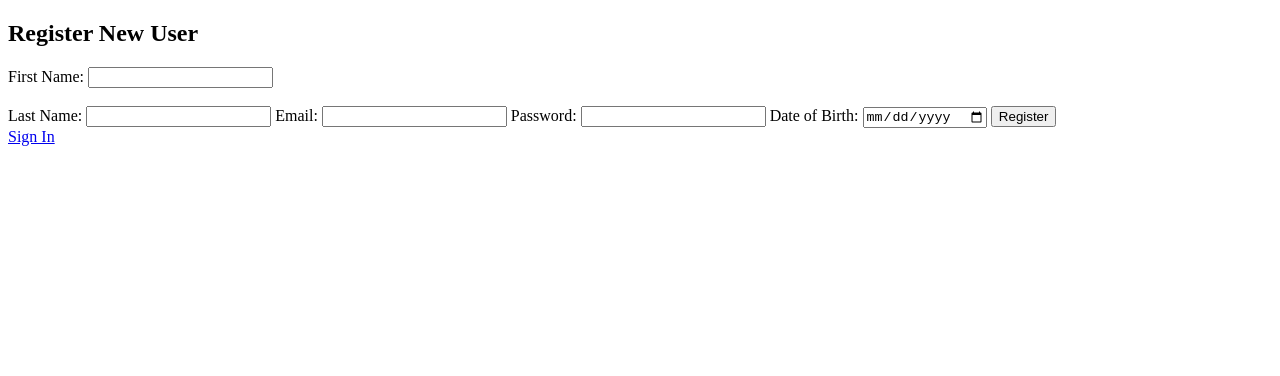
Repository: bhageshchincholi/AdvanceJava
Page: http://localhost/Election/newuser.jsp
An editor plug-in stored every save of this project. The page is shown before and after the next save, followed by the edit.
The browser window is 1280 px wide. The pictures show the whole page.
The page is served by Tomcat 9. Other server files are loaded and not shown.

Above is the page before, as saved 2024-06-11 09:41:10.

### ElectionJSP/Election/src/main/webapp/newuser.jsp
<%@ page language="java" contentType="text/html; charset=ISO-8859-1"
    pageEncoding="ISO-8859-1"%>
<!DOCTYPE html>
<html>
<head>
<meta charset="ISO-8859-1">
<title>New User</title>
</head>
<body>

	<div class="container">
        <h2>Register New User</h2>
        <form method="post" action="register.jsp">
            <label for="firstName">First Name:</label>
            <input type="text" id="firstName" name="firstName" required />
			<br/>
			<br/>
            <label for="lastName">Last Name:</label>
            <input type="text" id="lastName" name="lastName" required />

            <label for="email">Email:</label>
            <input type="email" id="email" name="email" required />

            <label for="password">Password:</label>
            <input type="password" id="password" name="password" required />

            <label for="dob">Date of Birth:</label>
            <input type="date" id="dob" name="dob" required />

            <input type="submit" value="Register" />
        </form>
        <a href="index.html">Sign In</a>
    </div>
</body>
</html>

After the next save:
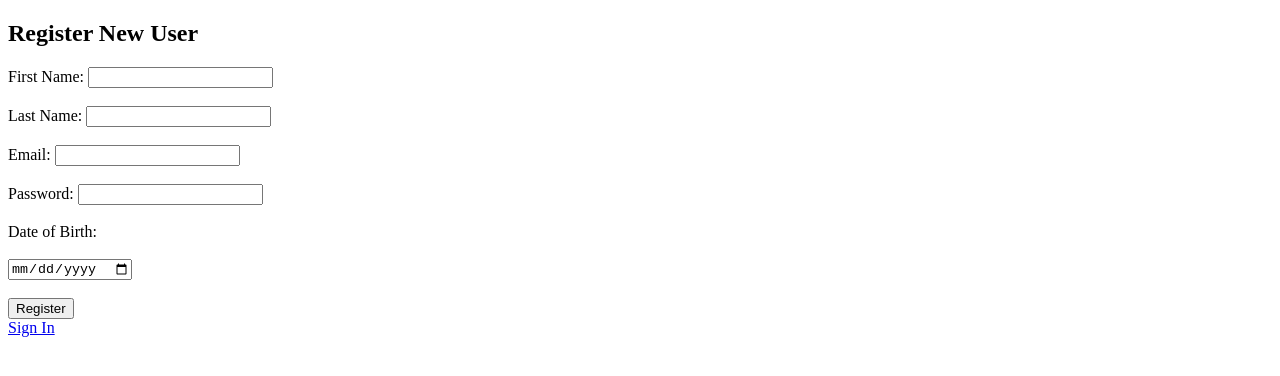
Saved 34 s later.
--- a/ElectionJSP/Election/src/main/webapp/newuser.jsp
+++ b/ElectionJSP/Election/src/main/webapp/newuser.jsp
@@ -17,17 +17,29 @@
 			<br/>
             <label for="lastName">Last Name:</label>
             <input type="text" id="lastName" name="lastName" required />
+			<br/>
+			<br/>
 
             <label for="email">Email:</label>
             <input type="email" id="email" name="email" required />
+			<br/>
+			<br/>
 
             <label for="password">Password:</label>
             <input type="password" id="password" name="password" required />
+			<br/>
+			<br/>
 
             <label for="dob">Date of Birth:</label>
+            <br/>
+			<br/>
+
             <input type="date" id="dob" name="dob" required />
+			<br/>
+			<br/>
 
             <input type="submit" value="Register" />
+
         </form>
         <a href="index.html">Sign In</a>
     </div>
